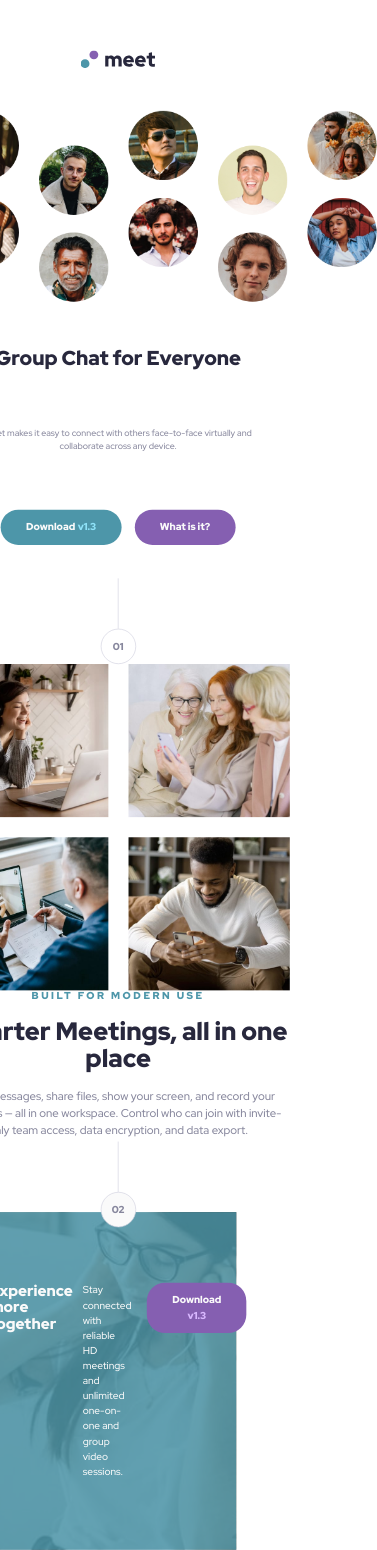
Repository: brandontaylor1/meet-landing-page
Page: index.html
These files come from the project's save history. The page is drawn as it stood at one moment and after the next save; the edit follows.
The browser window is 375 px wide. The page is 598 px wide, so the pictures cover 598 px, including what lies to the right of the window. The pictures show the whole page, at 63% of full size.

Above is the page before, as saved 2025-01-12 00:26:54.

After the next save:
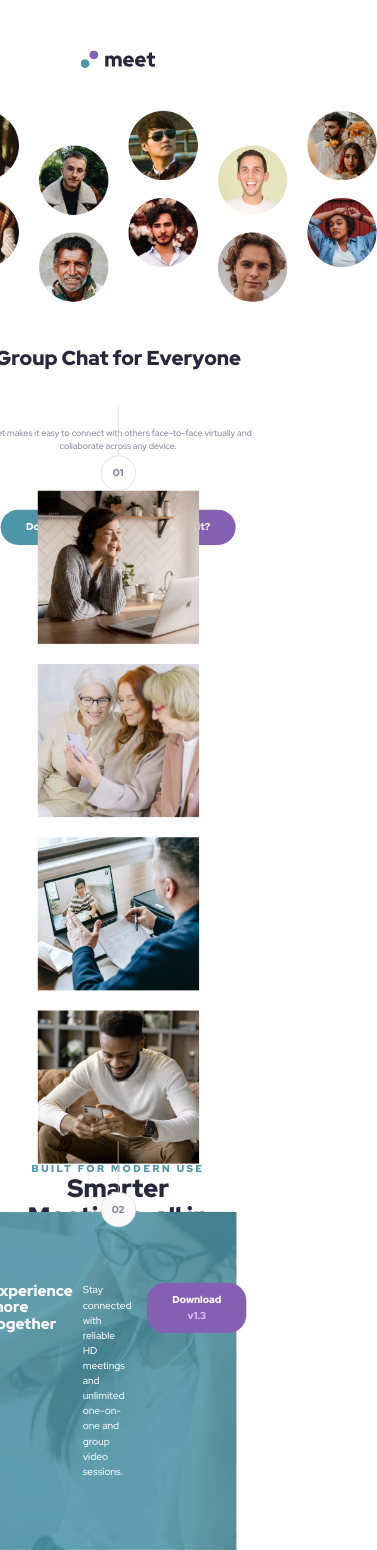
Saved 103 s later.
--- a/styles.css
+++ b/styles.css
@@ -389,6 +389,11 @@
         content: url("./assets/images/mobile/image-hero.png");
     }
 
+    .image-container {
+        grid-template-columns: 1fr;
+        grid-template-rows: repeat(4, 1fr);
+    }
+
     .footer {
         padding: 7rem 1rem;
     }
